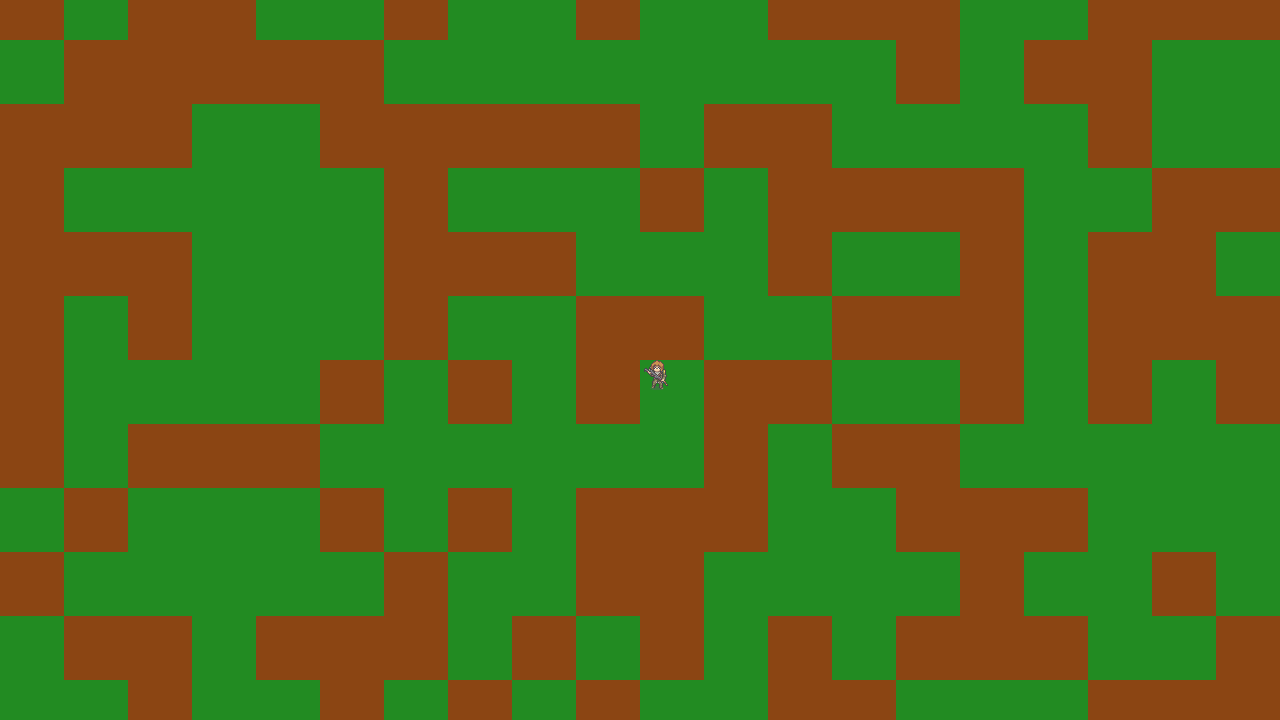
Repository: Poples/Bootdev-Hackathon
Script's output: python main.py
An editor plug-in stored every save of this project. The script's output is shown before and after the next save, followed by the edit.
The window is shown after at most 60 frames with no key pressed. Random numbers start from a fixed seed. It also reads assets/PlayerSprite.png.

Above is the script's output before, as saved 2025-07-26 17:51:12.

### main.py
# Example file showing a circle moving on screen
import pygame, sys, random

# pygame setup
pygame.init()
screen = pygame.display.set_mode((1280, 720))
clock = pygame.time.Clock()
running = True
dt = 0


TILE_MAP_SIZE = 20
tile_map = [[random.randint(0, 1) for _ in range(TILE_MAP_SIZE)] for _ in range(TILE_MAP_SIZE)]  # 20x12 tiles
TILE_SIZE = 64
tile_colors = {0: (34, 139, 34), 1: (139, 69, 19),2: (0, 255, 255) }   # upgrade station (cyan)}

MAP_PIXEL_WIDTH = TILE_MAP_SIZE * TILE_SIZE
MAP_PIXEL_HEIGHT = TILE_MAP_SIZE * TILE_SIZE

# Offset to draw the tile map centered on screen
map_offset_x = (screen.get_width() - MAP_PIXEL_WIDTH) // 2
map_offset_y = (screen.get_height() - MAP_PIXEL_HEIGHT) // 2

def draw_tile_map(screen, tile_map, offset_x, offset_y):
    for row_index, row in enumerate(tile_map):
        for col_index, tile in enumerate(row):
            tile_color = tile_colors.get(tile, (0, 0, 0))
            tile_rect = pygame.Rect(
                offset_x + col_index * TILE_SIZE,
                offset_y + row_index * TILE_SIZE,
                TILE_SIZE,
                TILE_SIZE
            )
            pygame.draw.rect(screen, tile_color, tile_rect)

def get_tile_coordinates_from_position(pos, offset_x, offset_y):
    tile_x = int((pos[0] - offset_x) // TILE_SIZE)
    tile_y = int((pos[1] - offset_y) // TILE_SIZE)
    return tile_x, tile_y

class Unit:
    def __init__(self, name, pos_x, pos_y):
        self.name = name
        self.pos = [pos_x, pos_y]



class Player(Unit):
    def __init__(self, name, health, width, height, move_speed, pos_x, pos_y, atk_speed):
        super().__init__(name, pos_x, pos_y)
        self.health = health
        self.width = width
        self. height = height
        self.speed = move_speed
        self.atk_speed = atk_speed
        self.__hit_box = [
            self.pos[0] - (self.width * .5),
            self.pos[1] - (self.height * .5),
            self.pos[0] + (self.width * .5),
            self.pos[1] + (self.height * .5)
        ] # to be determined later

    #player movement methods
    def move_left(self):
        self.pos[0] -= self.speed * dt

    def move_right(self):
        self.pos[0]  += self.speed * dt

    def move_up(self):
        self.pos[1] -= self.speed * dt

    def move_down(self):
        self.pos[1] += self.speed * dt





class Zombie(Unit):
    def __init__(self, width, height, speed):
        super().__init__(width, height, speed)





player_start_pos = [screen.get_width() / 2, screen.get_height() / 2]
player_speed = 100
player = Player("Jared", 100, 2, 2, player_speed, player_start_pos[0], player_start_pos[1], 1)

while running:
    # poll for events
    # pygame.QUIT event means the user clicked X to close your window
    for event in pygame.event.get():
        if event.type == pygame.QUIT:
            running = False

    # fill the screen with a color to wipe away anything from last frame
    screen.fill("black")
    draw_tile_map(screen, tile_map, map_offset_x, map_offset_y)

    tile_x, tile_y = get_tile_coordinates_from_position(player.pos, map_offset_x, map_offset_y)

    # Bounds check to avoid crashing
    if 0 <= tile_x < TILE_MAP_SIZE and 0 <= tile_y < TILE_MAP_SIZE:
        current_tile = tile_map[tile_y][tile_x]

        if current_tile == 2:  # example: tile type 1 = upgrade station
            print("Player is on an upgrade station!")
    # using asset as player image
    player_img =  pygame.image.load("assets/PlayerSprite.png")
    screen.blit(player_img, player.pos)

    # Player movements
    keys = pygame.key.get_pressed()
    if keys[pygame.K_a]:
        player.move_left()
    if keys[pygame.K_d]:
        player.move_right()
    if keys[pygame.K_s]:
        player.move_down()
    if keys[pygame.K_w]:
        player.move_up()





    # flip() the display to put your work on screen
    pygame.display.flip()

    # limits FPS to 60
    # dt is delta time in seconds since last frame, used for framerate-
    # independent physics.
    dt = clock.tick(60) / 1000

pygame.quit()

After the next save:
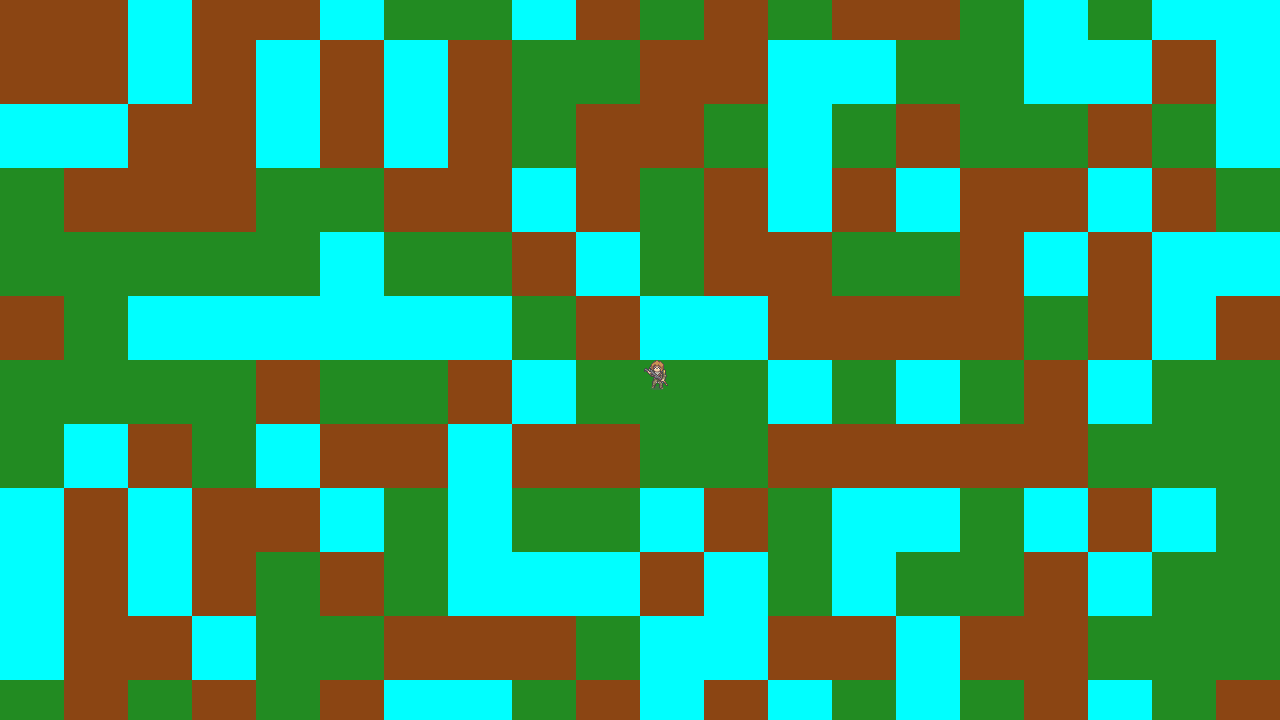
Saved 18 s later.
--- a/main.py
+++ b/main.py
@@ -10,7 +10,7 @@ dt = 0
 
 
 TILE_MAP_SIZE = 20
-tile_map = [[random.randint(0, 1) for _ in range(TILE_MAP_SIZE)] for _ in range(TILE_MAP_SIZE)]  # 20x12 tiles
+tile_map = [[random.randint(0, 2) for _ in range(TILE_MAP_SIZE)] for _ in range(TILE_MAP_SIZE)]  # 20x12 tiles
 TILE_SIZE = 64
 tile_colors = {0: (34, 139, 34), 1: (139, 69, 19),2: (0, 255, 255) }   # upgrade station (cyan)}
 
